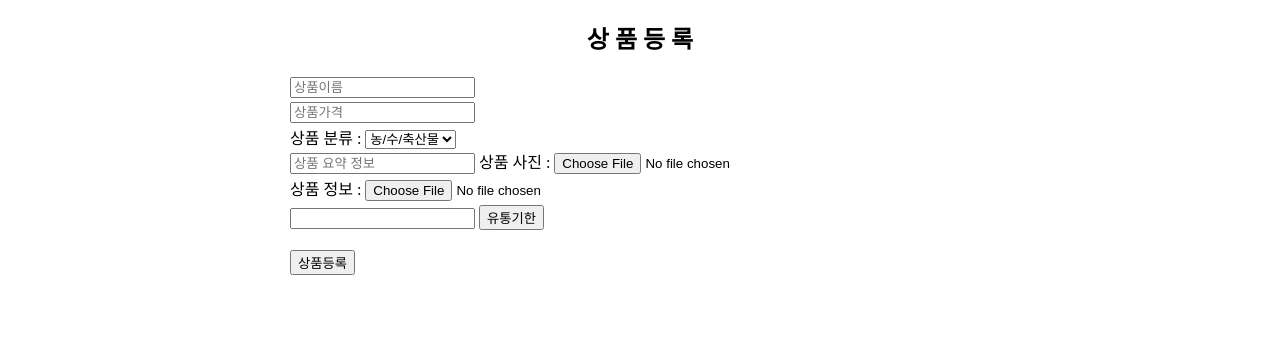
Repository: fellownew/project_workspace
Page: http://localhost/shoppingmall/WEB-INF/view/body/product/product_join_form.jsp
These files come from the project's save history. The page is drawn as it stood at one moment and after the next save; the edit follows.
The browser window is 1280 px wide. The pictures show the whole page.
The page is served by Tomcat 9. Nobody is signed in. Other server files are loaded and not shown. The template is opened directly, without the code that normally fills it, so the values that code supplies are empty.

Above is the page before, as saved 2015-06-08 00:41:17.

### shoppingmall/WebContent/WEB-INF/view/body/product/product_join_form.jsp
<%@ page contentType="text/html;charset=UTF-8"%>
<!DOCTYPE html>
<script type="text/javascript" src="<%=request.getContextPath() %>/script/jquery.js"></script>
<script type="text/javascript" src="<%=request.getContextPath() %>/script/date_picker.js"></script>
<script type="text/javascript">
	$(document).ready(function(){
		$("#registerBtn").on("click",function(){
			if($("#productId").val().trim()=='' ||
					$("#productPrice").val().trim()=='' ||
					$("#productInfo").val().trim()=='' ||
					$("#upfile").val().trim()=='' ||
					$("#expDate").val().trim()=='' ){
					alert("입력정보를 확인하세요");
					return false;
				}
		});
	});
</script>
<style>
input{
	margin-top: 2px;
	margin-bottom: 2px;
}
</style>
<div style="width: 700px;margin:0 auto">
<h2 style="text-align: center"> 상 품 등 록 </h2>

	<form action="insertProduct.do" method="POST" enctype="multipart/form-data">
		<input type="text" id="productName" name="productName" placeholder="상품이름" maxlength="50" required="required"/><br>
		<input type="number" id="productPrice" name="productPrice" placeholder="상품가격" required="required"/><br>
		상품 분류 :
		<select name="category" id="category">
			<option value="food" selected="selected">농/수/축산물</option>
			<option value="fruit">과일/채소</option>
			<option value="health">건강식품</option>
			<option value="snack">간식</option>
		</select><br>
		<input type="text" id="productInfo" name="productInfo" placeholder="상품 요약 정보" required="required">
		상품 사진 : <input type="file" id="upfile" name="upfile"/><br>
		상품 정보 : <input type="file" id="infoUpfile" name="infoUpfile"/><br>
		<input type="text" id="expDate" name="expDate" readonly="readonly" required="required">
		<input type="button" value="유통기한" onClick="datePicker(event,'expDate')"><br>
		<input type="hidden" name="SellerId" value="${sessionScope.loginInfo.sellerId }"/><p>
		<input type="submit" id="registerBtn" value="상품등록">
	</form>
</div>

### shoppingmall/WebContent/script/date_picker.js
// Calendar Script
// Licence : GPL (http://www.gnu.org/licenses/licenses.html#GPL)
// Update & Download  : http://www.ziwoo.net/zb/view.php?boardid=zb_ziwoo_javascript&uid=129
// This page was last modified on 2011.12.15 (Since 2010.04.11)

//ex1 : datePicker(event, 'targetFieldName');
//ex2 : datePicker(event, 'targetFieldName', 2);
//세번째 인자는 날짜를 입력할 타겟의 필드명이 복수인 경우를 위한 배열키.(기본값:0)

function datePicker(e, elm) {
	currentElement = (arguments[2])?document.getElementsByName(elm)[arguments[2]]:document.getElementsByName(elm)[0];
	var event = e || window.event;

	if(document.getElementById('currentDiv')) {
		document.getElementById("currentDiv").parentNode.removeChild(document.getElementById("currentDiv"));
	}

	if(arguments[0]){
		var eventX = event.clientX;
		var eventY = event.clientY;
		if(eventX>document.body.offsetWidth-182-40) eventX = document.body.offsetWidth-182-40;
		if(eventY>document.body.offsetHeight-158-40) eventY = document.body.offsetHeight-158-40;
		var calDivObj = document.createElement("div");
		calDivObj.setAttribute("id","currentDiv");
		calDivObj.style.width = '182px';
		calDivObj.style.height = '158px';
		calDivObj.style.border = "1px solid #D0D0D0";
		calDivObj.style.position = "absolute";
		calDivObj.style.top = eventY+document.body.scrollTop+10+'px';
		calDivObj.style.left = eventX+10+'px';
		calDivObj.style.zIndex = 100000;
		document.body.appendChild(calDivObj);
		fBuildHtml();
	}
}

function fBuildHtml() {
	var currentDate = new Date();
	var igYear = currentDate.getFullYear();
	var igMonth = currentDate.getMonth() + 1;
	var gMonths = new Array("1","2","3","4","5","6","7","8","9","10","11","12");
	var calHtml = "<table border='0' bgcolor='#C0C0C0'>";
	calHtml += "<tr style='font-size:9pt'>";
	calHtml += "<td valign='middle' align='center'>";
	calHtml += "<input type='button' name='PrevMonth' value='<' style='height:20px; width:20px; font:9pt Fixedsys;' onClick='fPrevMonth()'>";
	calHtml += " <select name='tbSelYear' style='font-size:9pt' onChange='fUpdateCal(tbSelYear.value, tbSelMonth.value)'>";
	for(i=1970;i<2030;i++) calHtml += "<OPTION value='"+i+"'>"+i+"</OPTION>";
	calHtml += "</select>";
	calHtml += " <select name='tbSelMonth' style='font-size:9pt' onChange='fUpdateCal(tbSelYear.value, tbSelMonth.value)'>";
	for (i=0; i<12; i++) calHtml += "<option value='"+(i+1)+"'>"+gMonths[i]+"</option>";
	calHtml += "</select>";
	calHtml += " <input type='button' name='PrevMonth' value='>' style='height:20px; width:20px; font:9pt Fixedsys;' onclick='fNextMonth()'>";
	calHtml += "</td>";
	calHtml += "</tr><tr>";
	calHtml += "<td align='center'>";
	calHtml += "<DIV><table width='100%' border='0' cellspacing='1' cellpadding='2'>";
	calHtml += fDrawCal(igYear,igMonth);
	calHtml += "</table></DIV>";
	calHtml += "</td>";
	calHtml += "</tr>";
	calHtml += "</td></tr>";
	calHtml += "</table>";

	document.getElementById('currentDiv').innerHTML = calHtml;
	fSetYearMon(igYear,igMonth);
}

function fDrawCal(iYear, iMonth) {
	var WeekDay = new Array("Sun","Mon","Tue","Wed","Thu","Fri","Sat");
	var calHtml = "<tr>";
	for(i=0; i<7; i++) calHtml += "<td bgcolor='White' width='20' valign='middle' align='center' style='font:bold 10px Tahoma; color:#C0C0C0;'>" + WeekDay[i] + "</td>";
	calHtml += "</tr>";
	var i = 0;
	for (w = 1; w < 7; w++) {
		calHtml += "<tr>";
		for (d = 0; d < 7; d++) {
			if(w==6 && d==6){
				calHtml += "<td bgcolor='#C0C0C0' width='20' valign='middle' align='center' style='padding:1px 0 0 3px; cursor:pointer;' onClick='datePicker()'>";
				calHtml += "<font color='White' face='Tahoma'>X</font>";
				calHtml += "</td>";
			}else{
				calHtml += "<td bgcolor='White' width='20' valign='middle' align='center' style='font:bold 10px Tahoma; cursor:pointer;' onMouseOver=\"this.bgColor='Pink'\" onMouseOut=\"this.bgColor='White'\" onClick='fSetSelected(this)'>";
				calHtml += "<font id='cellText_"+i+"'></font>";
				calHtml += "</td>";
			}
			i++;
		}
		calHtml += "</tr>";
	}
	return calHtml;
}

function fSetYearMon(iYear, iMon){
	var tbSelYear = document.getElementsByName('tbSelYear')[0];
	var tbSelMonth = document.getElementsByName('tbSelMonth')[0];
	tbSelMonth.options[iMon-1].selected = true;
	for (i = 0; i < tbSelYear.length; i++) if (tbSelYear.options[i].value == iYear) tbSelYear.options[i].selected = true;
	fUpdateCal(iYear, iMon);
}

function fPrevMonth(){
	var iMon = document.getElementsByName('tbSelMonth')[0].value;
	var iYear = document.getElementsByName('tbSelYear')[0].value;
	if (--iMon<1) {
		iMon = 12;
		iYear--;
	}
	fSetYearMon(iYear, iMon);
}

function fNextMonth(){
	var iMon = document.getElementsByName('tbSelMonth')[0].value;
	var iYear = document.getElementsByName('tbSelYear')[0].value;
	if (++iMon>12) {
		iMon = 1;
		iYear++;
	}
	fSetYearMon(iYear, iMon);
}

function fUpdateCal(iYear, iMonth) {
	myMonth = fBuildCal(iYear, iMonth);
	var currentDate = new Date();
	var igYear = currentDate.getFullYear();
	var igMonth = currentDate.getMonth() + 1;
	var igDate = currentDate.getDate();
	var i = 0;
	for (w = 0; w < 6; w++) for (d = 0; d < 7; d++) if(w!=5 || d!=6) {
		with (document.getElementById('cellText_'+parseInt((7*w)+d))) {
			if (myMonth[w+1][d]<0) {
				color = "#808080";
				innerHTML = -myMonth[w+1][d];
			}else{
				if(d==0) color = "red";
				else if(d==6) color = "blue";
				else color = "black";
				innerHTML = myMonth[w+1][d];
				if(iYear==igYear && iMonth==igMonth && innerHTML==igDate){
					parentNode.style.backgroundColor='#D8FF00';
				}else{
					parentNode.style.backgroundColor='';
				}
			}
		}
	}
}

function fBuildCal(iYear, iMonth) {
	var aMonth=new Array();
	for(i=1;i<7;i++) aMonth[i]=new Array(i);
	var dCalDate=new Date(iYear, iMonth-1, 1);
	var iDayOfFirst=dCalDate.getDay();
	var iDaysInMonth=new Date(iYear, iMonth, 0).getDate();
	var iOffsetLast=new Date(iYear, iMonth-1, 0).getDate()-iDayOfFirst+1;
	var iDate = 1;
	var iNext = 1;
	for (d = 0; d < 7; d++) aMonth[1][d] = (d<iDayOfFirst)?-(iOffsetLast+d):iDate++;
	for (w = 2; w < 7; w++) for (d = 0; d < 7; d++) if(w!=6 || d!=6) aMonth[w][d] = (iDate<=iDaysInMonth)?iDate++:-(iNext++);
	return aMonth;
}

function fSetSelected(aCell){
	var tbSelYear = document.getElementsByName('tbSelYear')[0];
	var tbSelMonth = document.getElementsByName('tbSelMonth')[0];
	var iOffset = 0;
	var iYear = parseInt(tbSelYear.value);
	var iMonth = parseInt(tbSelMonth.value);
	with (aCell.firstChild){
		var iDay = parseInt(innerHTML);
		if(aCell.parentNode.rowIndex<2 && iDay>15) iMonth--;
		if(aCell.parentNode.rowIndex>4 && iDay<15) iMonth++;
		if (iMonth<1) {
			iYear--;
			iMonth = 12;
		}else if (iMonth>12){
			iYear++;
			iMonth = 1;
		}
	}
	currentElement.value = iYear+"-"+(parseInt(iMonth+100).toString().substring(1,3))+"-"+(parseInt(iDay+100)).toString().substring(1,3);
	document.getElementById("currentDiv").parentNode.removeChild(document.getElementById("currentDiv"));
}

Loaded but not shown: shoppingmall/WebContent/script/jquery.js (library)

After the next save:
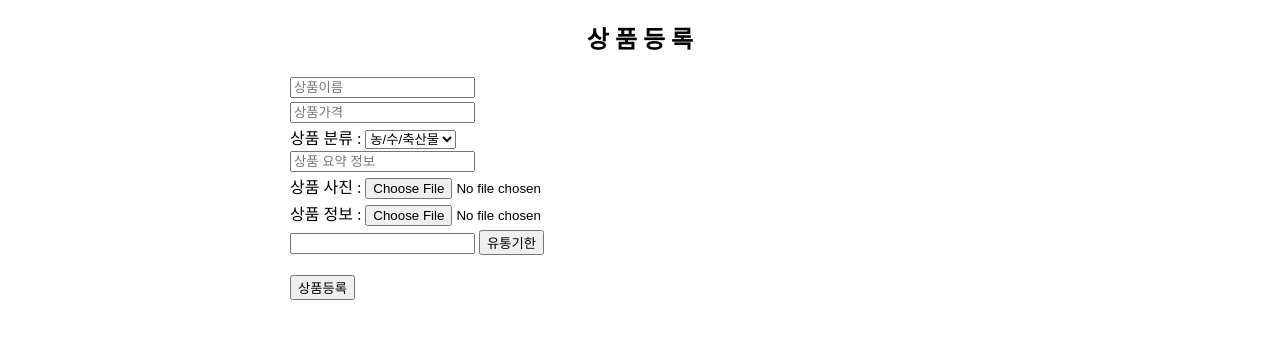
Saved 36 min 31 s later.
--- a/shoppingmall/WebContent/WEB-INF/view/body/product/product_join_form.jsp
+++ b/shoppingmall/WebContent/WEB-INF/view/body/product/product_join_form.jsp
@@ -35,7 +35,7 @@ input{
 			<option value="health">건강식품</option>
 			<option value="snack">간식</option>
 		</select><br>
-		<input type="text" id="productInfo" name="productInfo" placeholder="상품 요약 정보" required="required">
+		<input type="text" id="productInfo" name="productInfo" placeholder="상품 요약 정보" required="required"><br>
 		상품 사진 : <input type="file" id="upfile" name="upfile"/><br>
 		상품 정보 : <input type="file" id="infoUpfile" name="infoUpfile"/><br>
 		<input type="text" id="expDate" name="expDate" readonly="readonly" required="required">
